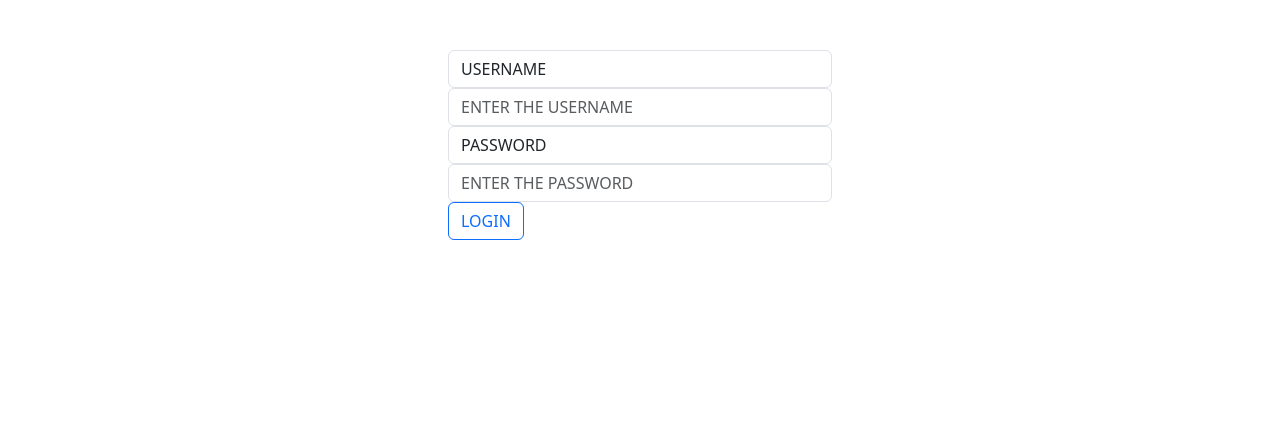
Repository: arindamslt/JEECoding
Page: http://localhost/JSPPARAMDEMO/Product.jsp
An editor plug-in stored every save of this project. The page is shown before and after the next save, followed by the edit.
The browser window is 1280 px wide. The pictures show the whole page.
The page is served by Tomcat 9.

Above is the page before, as saved 2025-07-18 03:12:56.

### JSPPARAMDEMO/src/main/webapp/Product.jsp
<%@ page language="java" contentType="text/html; charset=ISO-8859-1"
    pageEncoding="ISO-8859-1"%>
<!DOCTYPE html>
<html>
<head>
<meta charset="ISO-8859-1">
<title>Product Form</title>
<link href="https://cdn.jsdelivr.net/npm/bootstrap@5.3.3/dist/css/bootstrap.min.css" rel="stylesheet" integrity="sha384-QWTKZyjpPEjISv5WaRU9OFeRpok6YctnYmDr5pNlyT2bRjXh0JMhjY6hW+ALEwIH" crossorigin="anonymous">
</head>
<body>
<div style="width: 30%;margin:50px auto">
<form action="LoginController.jsp" method="post">
<label class="form-control">USERNAME</label>
<input type="text" class="form-control" name="uname" placeholder="ENTER THE USERNAME"/>
<label class="form-control">PASSWORD</label>
<input type="password" class="form-control" name="pass" placeholder="ENTER THE PASSWORD"/>
<input type="submit" class="btn btn-outline-primary" value="LOGIN"/>
</form>
</div>
</body>
</html>

After the next save:
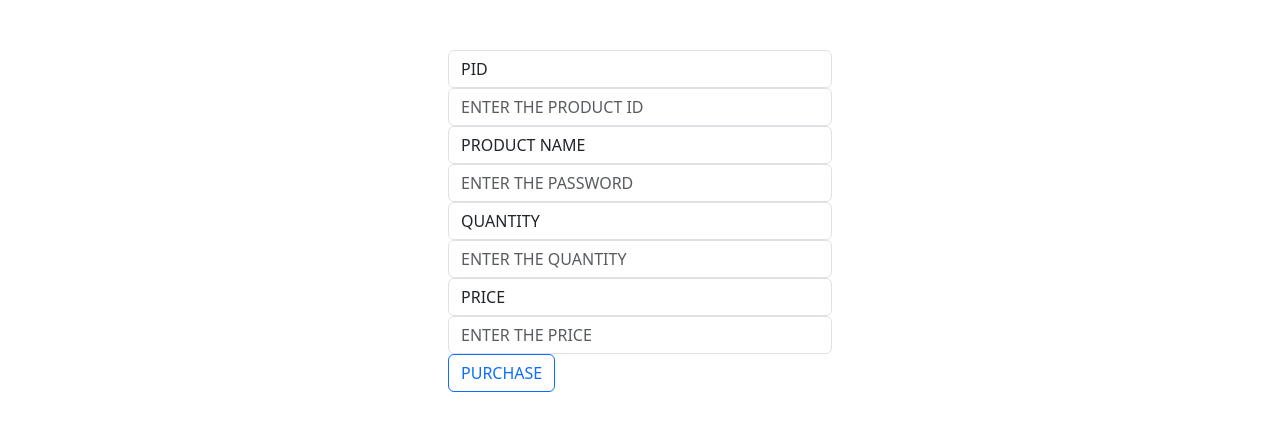
Saved 3 min 49 s later.
--- a/JSPPARAMDEMO/src/main/webapp/Product.jsp
+++ b/JSPPARAMDEMO/src/main/webapp/Product.jsp
@@ -9,12 +9,16 @@
 </head>
 <body>
 <div style="width: 30%;margin:50px auto">
-<form action="LoginController.jsp" method="post">
-<label class="form-control">USERNAME</label>
-<input type="text" class="form-control" name="uname" placeholder="ENTER THE USERNAME"/>
-<label class="form-control">PASSWORD</label>
-<input type="password" class="form-control" name="pass" placeholder="ENTER THE PASSWORD"/>
-<input type="submit" class="btn btn-outline-primary" value="LOGIN"/>
+<form action="ProductController.jsp" method="post">
+<label class="form-control">PID</label>
+<input type="text" class="form-control" name="pid" placeholder="ENTER THE PRODUCT ID"/>
+<label class="form-control">PRODUCT NAME</label>
+<input type="text" class="form-control" name="pname" placeholder="ENTER THE PASSWORD"/>
+<label class="form-control">QUANTITY</label>
+<input type="text" class="form-control" name="pqty" placeholder="ENTER THE QUANTITY"/>
+<label class="form-control">PRICE</label>
+<input type="text" class="form-control" name="pname" placeholder="ENTER THE PRICE"/>
+<input type="submit" class="btn btn-outline-primary" value="PURCHASE"/>
 </form>
 </div>
 </body>
